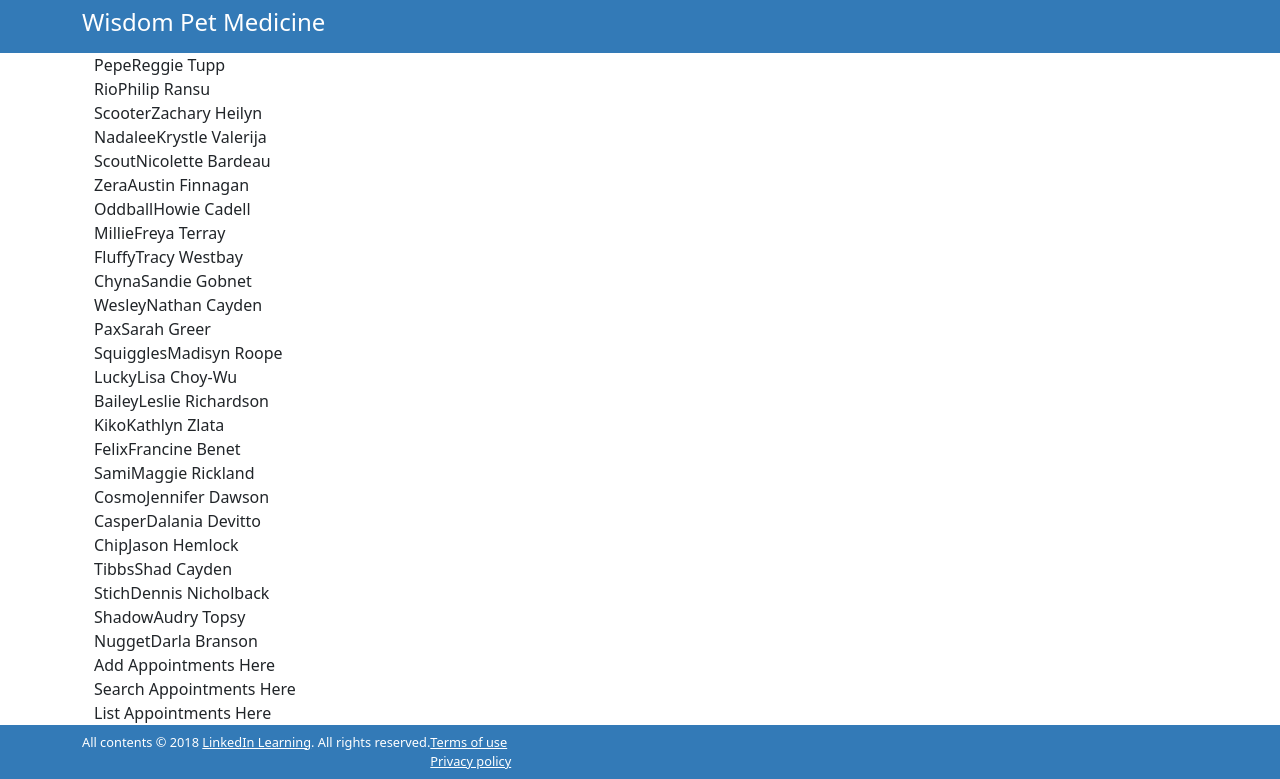
Repository: DevLuDaley/reactinterface
Page: /
These files come from the project's save history. The page is drawn as it stood at one moment and after the next save; the edit follows.
The browser window is 1280 px wide. The pictures show the whole page.
The project was rebuilt for these pictures with package versions that can differ from the ones it lists, and the page was loaded fresh each time. Also part of the build but not shown: src/css/App.css.

Above is the page before, as saved 2021-02-04 17:51:57.

After the next save:
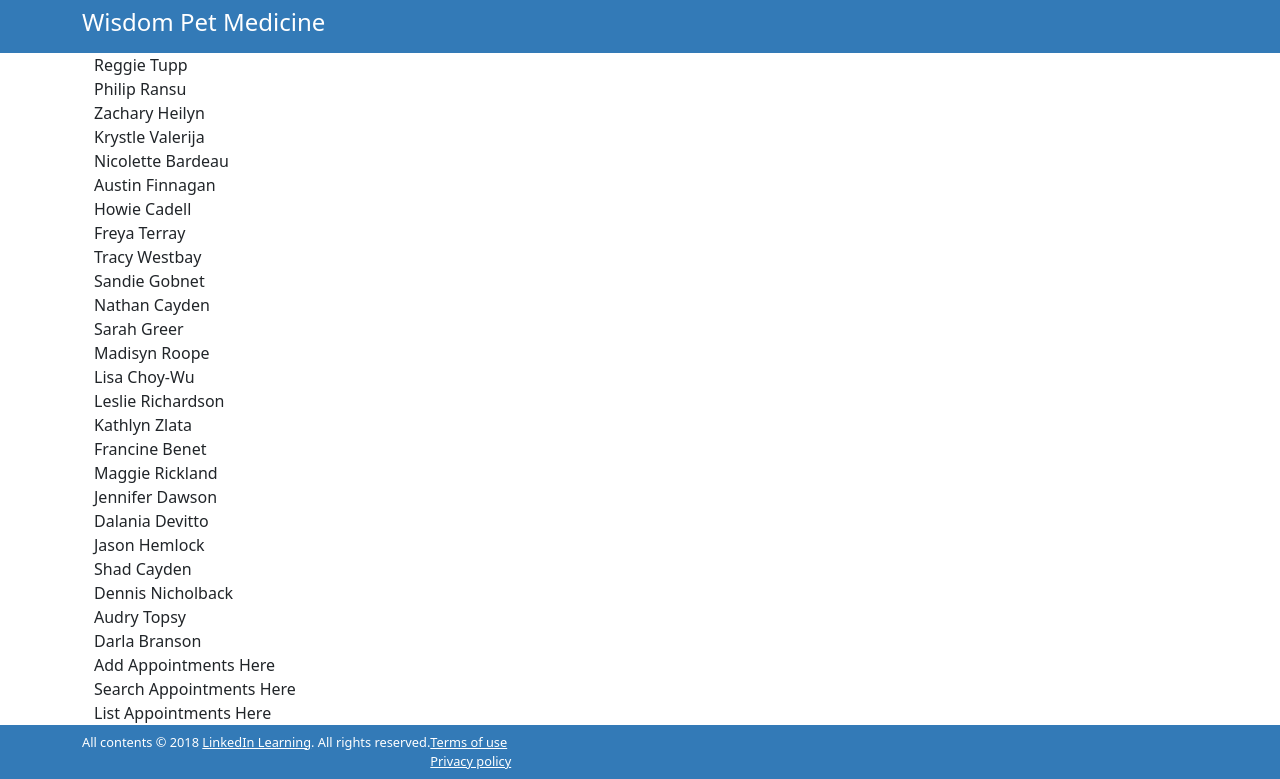
Saved 4 s later.
--- a/src/components/App.js
+++ b/src/components/App.js
@@ -29,7 +29,7 @@ class App extends Component {
   render() {
     const listItems = this.state.myAppointments.map(item => (
       <div>
-        {item.petName}
+        {/* {item.petName} */}
         {item.ownerName}
       </div>
     ))
